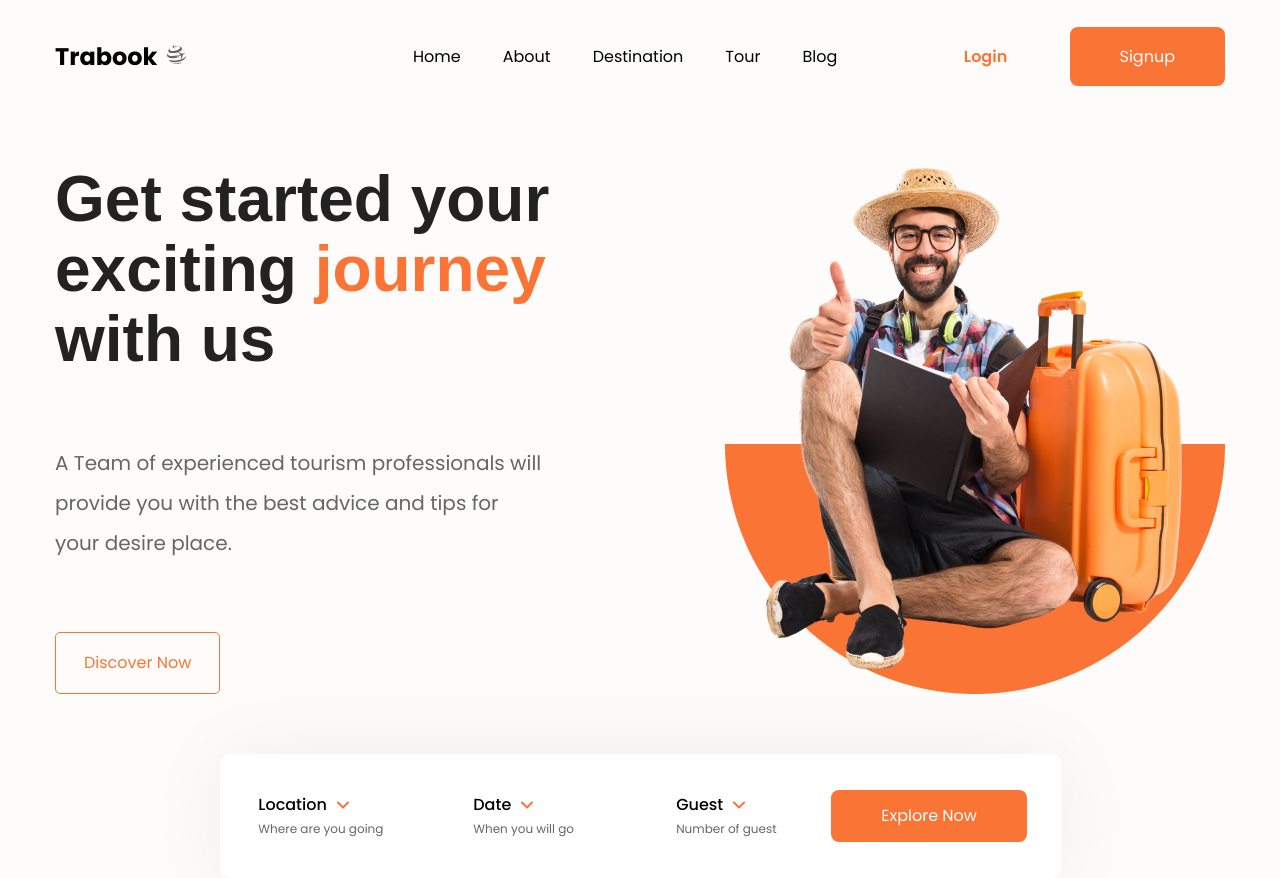
Repository: phobo99/phobo99.github.io
Page: Trabook/index.html
These files come from the project's save history. The page is drawn as it stood at one moment and after the next save; the edit follows.
The browser window is 1280 px wide. The pictures show the whole page.
Some web fonts or font styles are not loaded; a fallback is used. Some web libraries are served in a nearby version. The style sheet was rebuilt from its Sass, Less or Tailwind sources for each picture, by a compiler version that may differ from the author's.

Above is the page before, as saved 2022-06-18 23:43:04.

### Trabook/index.html
<!DOCTYPE html>
<html lang="en">

<head>
    <meta charset="UTF-8">
    <meta http-equiv="X-UA-Compatible" content="IE=edge">
    <meta name="viewport" content="width=device-width, initial-scale=1.0">
    <title>Responsive</title>
    <link
        href="https://fonts.googleapis.com/css2?family=Poppins:wght@300;400;500;600;700&family=Volkhov:wght@400;700&display=swap"
        rel="stylesheet">
    <link rel="stylesheet" href="https://cdnjs.cloudflare.com/ajax/libs/font-awesome/6.1.1/css/all.min.css"
        integrity="sha512-KfkfwYDsLkIlwQp6LFnl8zNdLGxu9YAA1QvwINks4PhcElQSvqcyVLLD9aMhXd13uQjoXtEKNosOWaZqXgel0g=="
        crossorigin="anonymous" referrerpolicy="no-referrer" />

    <link rel="stylesheet" href="reset.css">
    <link rel="stylesheet" href="style.css">
</head>

<body>
    <div class="container-fluid">
        <header class="header container">
            <div class="nav-bar">
                <div class="logo">
                    <span class="text-logo">Trabook</span>
                    <svg width="19" height="19" viewBox="0 0 19 19" fill="none" xmlns="http://www.w3.org/2000/svg">
                        <path
                            d="M1.64111 4.96058C1.79426 4.76583 1.99595 4.50221 2.15747 4.31379C2.6412 3.79446 2.70397 3.72638 3.14417 3.34242C3.27473 3.24108 3.42956 3.11917 3.58103 3.00437C2.46378 3.89896 2.32151 4.88933 3.3467 5.50129C3.34503 5.50129 3.34503 5.50129 3.34503 5.50287C4.77863 6.31987 7.92034 6.14333 10.3992 5.09675C12.8003 4.08342 13.6865 2.63388 12.5015 1.77254C11.4612 1.58808 10.221 1.56671 8.90871 1.73296L8.7723 1.52L8.88528 1.16692C9.6569 1.10121 10.39 1.11704 11.0227 1.21917C11.1759 1.24371 11.3776 1.28567 11.5282 1.31575C11.8194 1.38304 11.9776 1.42342 12.1676 1.48121C12.3617 1.53583 12.5274 1.59046 12.8162 1.69179C13.099 1.79708 13.2212 1.84458 13.448 1.95146C13.702 2.06108 13.9488 2.18506 14.187 2.32275C16.0751 3.44612 14.9009 5.49575 11.5692 6.90017C8.24673 8.29983 4.01287 8.51992 2.11563 7.41C2.11479 7.40842 2.11228 7.40683 2.10726 7.40525H2.11061C1.07453 6.78458 0.965735 5.88367 1.64111 4.96058ZM10.2854 12.8139L10.2586 11.552L9.31042 10.5545C6.17792 11.2258 3.09898 11.0817 1.38669 10.1278C1.38084 10.1215 1.36661 10.1151 1.36075 10.1088C0.391624 9.54433 0.152272 8.816 0.225082 8.02433C-0.00171646 9.18254 -0.0201282 9.60054 0.0125108 10.5917C0.0526817 11.2124 0.431795 11.7847 1.19421 12.236L1.20007 12.2423C3.02533 13.3158 6.82819 13.5486 10.2854 12.8139ZM14.2397 14.2587C9.81842 15.9362 4.28486 16.0352 1.8813 14.4827C2.14087 15.0828 2.49406 15.6427 2.92909 16.1437C5.13515 17.5687 10.2143 17.4776 14.2707 15.9378C16.645 15.0377 18.143 13.8399 18.5364 12.7173L18.6468 12.3793C18.9088 11.5227 18.9582 10.8094 19 10.1745C18.9523 11.5528 17.2358 13.1203 14.2397 14.2587ZM4.47986 17.4895C4.61878 17.6146 5.05564 18.122 7.26923 18.6825C7.86761 18.8076 9.37402 19.209 12.1567 18.6255L12.1734 18.3857L11.9533 18.0595C9.37151 18.6374 6.50347 18.4442 4.47986 17.4895ZM10.8687 7.50737L13.2196 9.19283C13.2196 9.19283 13.7225 9.53563 13.248 9.77629C12.7752 10.0146 11.5608 10.598 11.5608 10.598L10.3616 10.1745L9.75983 10.4278L10.821 11.2995L10.8294 12.6556L11.4529 12.3935L11.8663 11.248C11.8663 11.248 13.1359 10.7857 13.6397 10.6115C14.146 10.4413 14.0782 11.024 14.0782 11.024L13.8288 13.8035L14.6573 13.4552L16.0215 9.70504C16.0215 9.70504 16.7446 9.37254 17.2534 9.08042C17.7614 8.78829 17.9355 8.30379 17.9355 8.30379C17.9355 8.30379 17.44 8.10192 16.8693 8.26421C16.2985 8.42492 15.5545 8.7115 15.5545 8.7115L11.6947 7.16062L10.8687 7.50737ZM5.89505 2.17471L7.49101 3.37725L7.92703 3.3155L7.05833 2.23646C7.05833 2.23646 6.8692 2.01321 7.12361 1.96017C7.3797 1.90633 8.02746 1.78125 8.02746 1.78125L8.51453 2.14937L8.8426 2.10346L8.47101 1.54454L8.66685 0.924667L8.34966 0.968208L7.9739 1.44004C7.9739 1.44004 7.31443 1.49862 7.05499 1.51921C6.79388 1.53821 6.90602 1.273 6.90602 1.273L7.40648 0L6.96795 0.0609583L5.81303 1.65142C5.81303 1.65142 5.42806 1.71792 5.14938 1.79313C4.86985 1.86754 4.72256 2.07179 4.72256 2.07179C4.72256 2.07179 4.9276 2.22854 5.21633 2.223C5.50757 2.21746 5.89505 2.17471 5.89505 2.17471ZM13.7828 17.6265L12.7501 17.1158L12.5124 17.1942L13.1242 17.712C13.1242 17.712 13.2547 17.8172 13.1175 17.8735C12.9802 17.9289 12.6304 18.065 12.6304 18.065L12.3417 17.9431L12.1701 18.0017L12.4103 18.244L12.3868 18.5978L12.5659 18.5392L12.6998 18.2519C12.6998 18.2519 13.0631 18.1497 13.2078 18.1133C13.3518 18.0761 13.3192 18.236 13.3192 18.236L13.1827 19L13.4213 18.9216L13.8891 17.9115C13.8891 17.9115 14.0958 17.8347 14.2439 17.7642C14.3921 17.6937 14.4506 17.5639 14.4506 17.5639C14.4506 17.5639 14.3192 17.4958 14.1569 17.5299C13.9937 17.5623 13.7828 17.6265 13.7828 17.6265Z"
                            fill="#666666" />
                    </svg>
                </div>
                <div class="menu-list">
                    <ul class="menu">
                        <li>Home</li>
                        <li>About</li>
                        <li>Destination</li>
                        <li>Tour</li>
                        <li>Blog</li>
                    </ul>
                </div>
                <div class="nav-login">
                    <span class="login">Login</span>
                    <span class="sign-up button-primary">Signup</span>
                </div>
            </div>
            <div class="content">
                <div class="content-left">
                    <h1 class="header-content">Get started your exciting <span class="text-org">journey</span> with us
                    </h1>
                    <span class="desc-content">A Team of experienced tourism professionals will provide you with the
                        best advice and tips for
                        your desire place. </span>
                    <div class="button-secondary">
                        Discover Now
                    </div>
                </div>
                <div class="content-right">
                    <img src="./img/people-01.png" alt="" class="img-people">
                </div>
            </div>
            <div class="search-bar">
                <div class="list-search">
                    <div class="item-search">
                        <div class="title-item">
                            <p class="heading-title">Location</p>
                            <svg width="12" height="8" viewBox="0 0 12 8" fill="none"
                                xmlns="http://www.w3.org/2000/svg">
                                <path d="M1 1.5L6 6.5L11 1.5" stroke="#FA7436" stroke-width="2" stroke-linecap="round"
                                    stroke-linejoin="round" />
                            </svg>
                        </div>
                        <div class="desc-item">
                            Where are you going
                        </div>
                    </div>
                    <div class="item-search">
                        <div class="title-item">
                            <p class="heading-title">Date</p>
                            <svg width="12" height="8" viewBox="0 0 12 8" fill="none"
                                xmlns="http://www.w3.org/2000/svg">
                                <path d="M1 1.5L6 6.5L11 1.5" stroke="#FA7436" stroke-width="2" stroke-linecap="round"
                                    stroke-linejoin="round" />
                            </svg>
                        </div>
                        <div class="desc-item">
                            When you will go
                        </div>
                    </div>
                    <div class="item-search">
                        <div class="title-item">
                            <p class="heading-title">Guest</p>
                            <svg width="12" height="8" viewBox="0 0 12 8" fill="none"
                                xmlns="http://www.w3.org/2000/svg">
                                <path d="M1 1.5L6 6.5L11 1.5" stroke="#FA7436" stroke-width="2" stroke-linecap="round"
                                    stroke-linejoin="round" />
                            </svg>
                        </div>
                        <div class="desc-item">
                            Number of guest
                        </div>
                    </div>
                    <div class="button-primary">
                        Explore Now
                    </div>
                </div>
            </div>
        </header>
    </div>
</body>

</html>

### Trabook/style.scss
$bg-color: #fefcfb;
$bg-second: #f7f8fc;
$primary-color: #fa7436;
$header-color: #222;
$gray-color: #666666;

@mixin size($width, $height: $width) {
  width: $width;
  height: $height;
}
@mixin flexbox(
  $align: flex-start,
  $justify: flex-start,
  $flex-direction: row,
  $wrap: nowrap
) {
  display: flex;
  align-items: $align;
  justify-content: $justify;
  flex-direction: $flex-direction;
  flex-wrap: $wrap;
}
html {
  font-size: 62.5%;
}
* {
  box-sizing: border-box;
}
body {
  font-size: 1.6rem;
  font-family: "Poppins", sans-serif;
  font-weight: normal;
  background-color: #fefcfb;
}

a {
  text-decoration: none;
}

img {
  display: block;
  max-width: 100%;
}
h1 {
  font-family: "Volkhov", sans-serif;
  font-weight: 700;
  font-size: 64px;
  line-height: 70px;
  color: $header-color;
}
.container-fluid {
  .container {
    max-width: 1170px;
    margin: 0 auto;
  }
  .text-org {
    color: $primary-color;
  }
  .desc-content {
    color: $gray-color;
    line-height: 2;
    font-size: 20px;
  }
  .button-primary {
    padding: 18px 50px;
    background-color: $primary-color;
    color: white;
    border-radius: 8px;
    cursor: pointer;
    &:hover {
      opacity: 0.8;
      transition: all 0.2s linear;
    }
  }
  .header {
    .nav-bar {
      display: flex;
      @include size(100%, 114px);
      align-items: center;
      justify-content: space-between;
      .logo {
        display: flex;
        cursor: pointer;
        .text-logo {
          font-size: 24px;
          font-weight: bold;
          margin-right: 10px;
        }
      }
      .menu-list {
        margin-right: -10rem;
        .menu {
          @include flexbox(stretch, center);
          gap: 32px;
          li {
            padding: 5px;
            cursor: pointer;
            &:hover {
              background-color: $primary-color;
            }
          }
        }
      }
      .nav-login {
        .login {
          font-size: 16px;
          font-weight: 600;
          color: $primary-color;
          cursor: pointer;
          margin-right: 58px;
        }
      }
    }
    .content {
      @include size(100%, 530px);
      @include flexbox(stretch, space-between);
      margin-top: 50px;
      .content-left {
        @include flexbox(stretch, space-between, column);
        @include size(490px, auto);
        .header-content {
          width: 521px;
        }
        .button-secondary {
          width: fit-content;
          padding: 22px 28px;
          border: 1px solid $primary-color;
          border-radius: 5px;
          color: $primary-color;
          cursor: pointer;
          &:hover {
            background-color: $primary-color;
            color: white;
            transition: all 0.2s linear;
          }
        }
      }
      .content-right {
      }
    }
    .search-bar {
      background-color: white;
      width: 841px;
      height: 124px;
      margin: 0 auto;
      margin-top: 6rem;
      box-shadow: 0px 2px 80px 2px rgba(0, 0, 0, 0.06);
      border-radius: 10px;
      .list-search {
        width: 100%;
        height: 100%;
        padding-right: 30px;
        display: grid;
        grid-template-columns: 1fr 1fr 1fr 1fr;
        justify-items: center;
        align-items: center;
        .item-search {
          .title-item {
            width: fit-content;
            display: flex;
            justify-content: center;
            align-items: center;
            font-weight: bold;
            margin-bottom: 10px;
            .heading-title {
              margin: 0 10px 0 0;
              font-weight: 500;
            }
          }
          .desc-item {
            font-size: 12px;
            color: $gray-color;
          }
        }
      }
    }
  }
}
@media screen and (min-width: 768px) {
}
@media screen and (max-width: 767px) {
}

Loaded but not shown: Trabook/reset.css (common file)

After the next save:
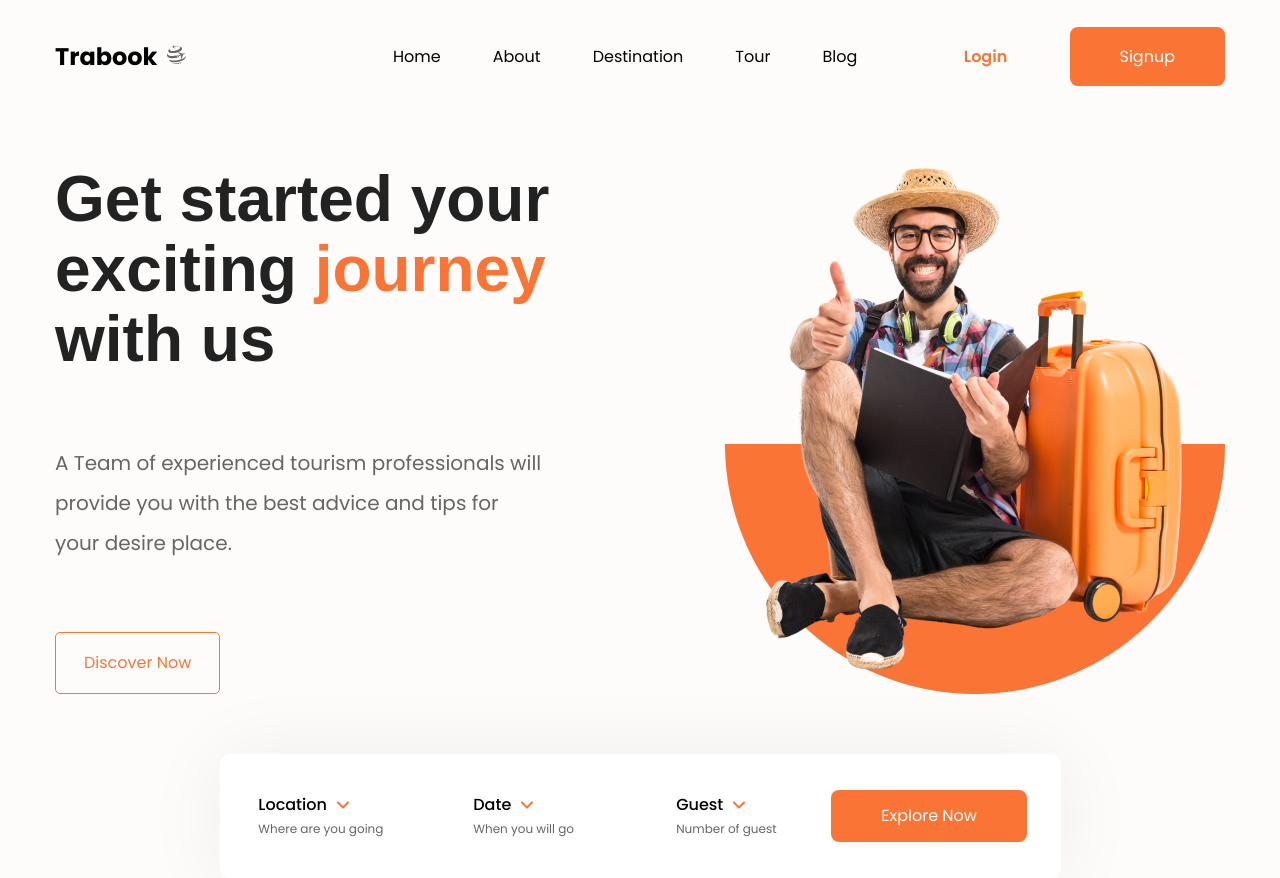
Saved 15 s later.
--- a/Trabook/style.scss
+++ b/Trabook/style.scss
@@ -93,7 +93,8 @@ h1 {
           @include flexbox(stretch, center);
           gap: 32px;
           li {
-            padding: 5px;
+            padding: 10px;
+            border-radius: 5px;
             cursor: pointer;
             &:hover {
               background-color: $primary-color;
